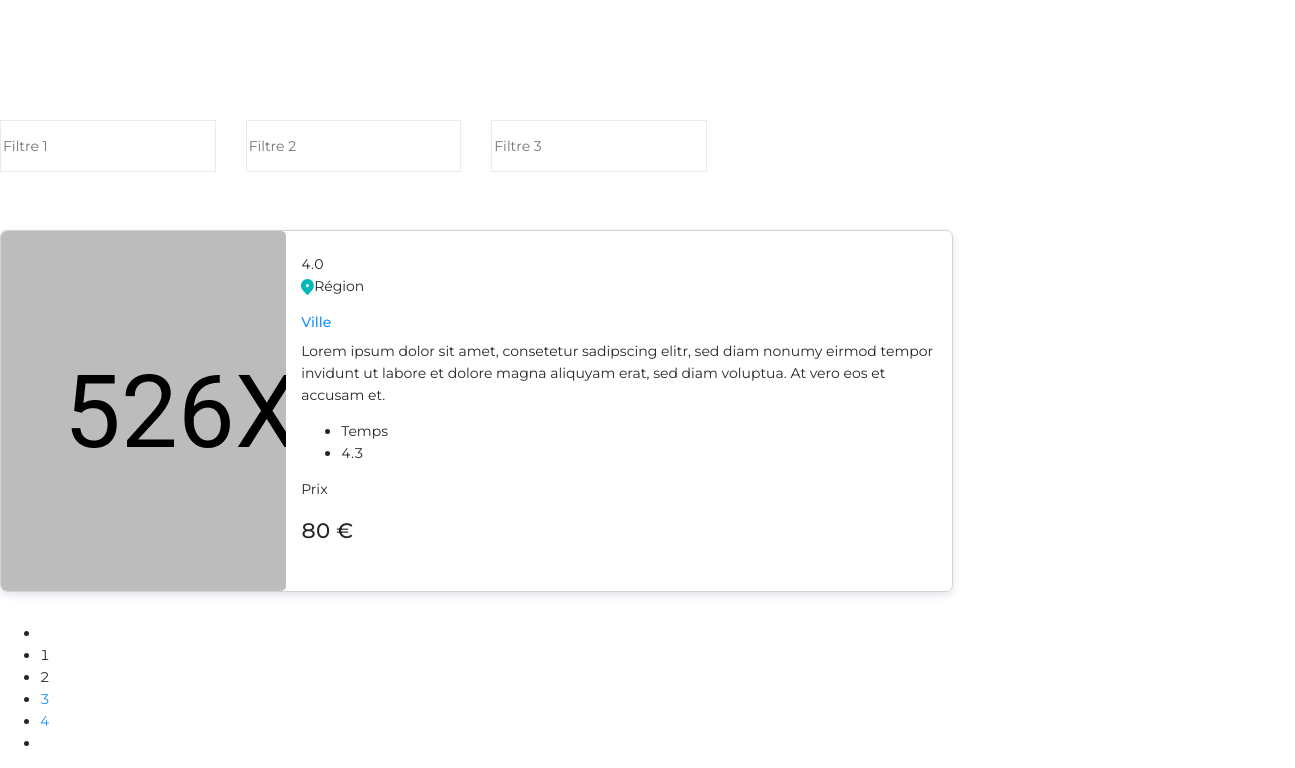
Repository: Emerson1220/projet-neofeel-lacapsule
Page: /roadPlanner (app in reactapp/)
These files come from the project's save history. The page is drawn as it stood at one moment and after the next save; the edit follows.
The browser window is 1280 px wide. The page is 1295 px wide, so the pictures cover 1295 px, including what lies to the right of the window. The pictures show the whole page.
The project was rebuilt for these pictures with package versions that can differ from the ones it lists, and the page was loaded fresh each time. Also part of the build but not shown: reactapp/src/Nav.js, reactapp/src/ScreenHome.js.

Above is the page before, as saved 2021-05-18 10:41:42.

After the next save:
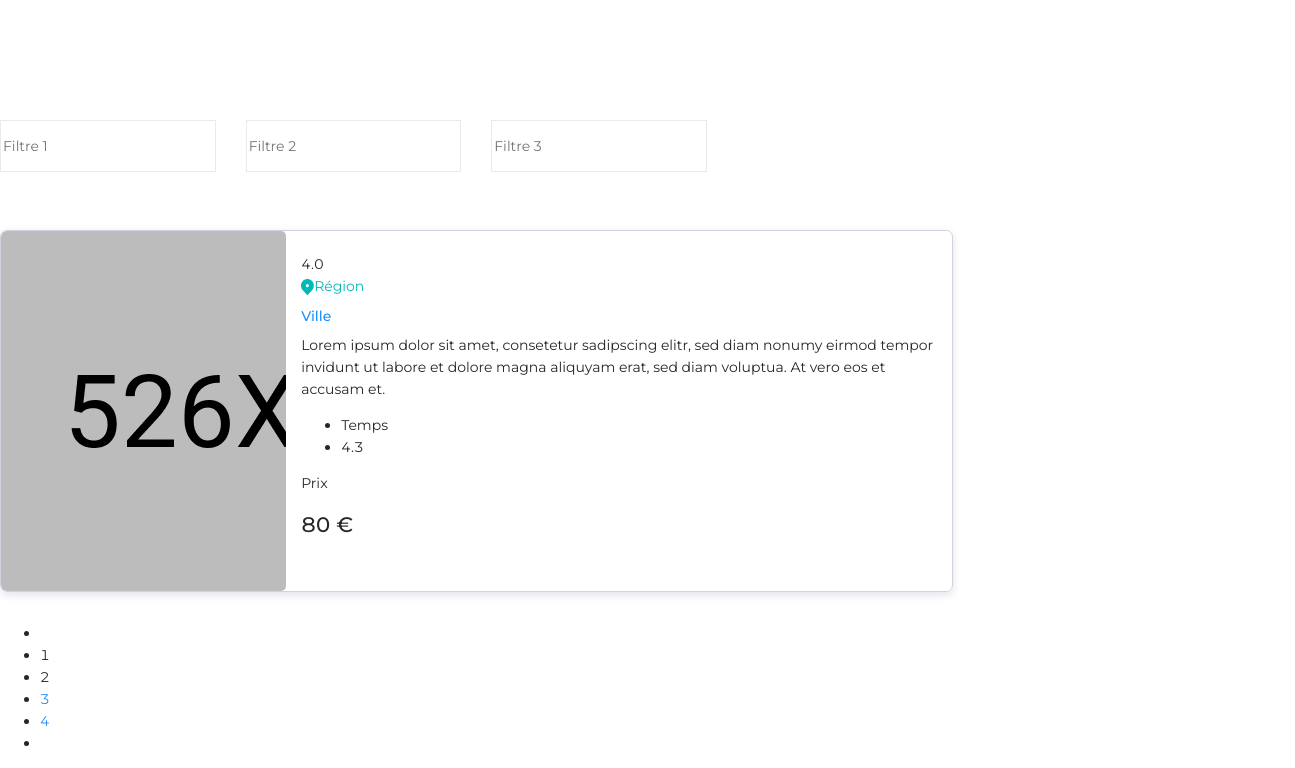
Saved 80 s later.
--- a/reactapp/src/screens/ScreenRoadPlanner.js
+++ b/reactapp/src/screens/ScreenRoadPlanner.js
@@ -54,7 +54,7 @@ function ScreenRoadPlanner() {
                                             <span>4.0</span>
                                         </div>
 
-                                        <p className="location"><img src="images/icone-geo.png" alt="map" />Région</p>
+                                        <p style={{ color: '#01B9B7', marginBottom: '8px '}}><img src="images/icone-geo.png" alt="map" />Région</p>
                                         <h4 className="title"><Link to="/tour-details">Ville</Link></h4>
                                         <p className="content">Lorem ipsum dolor sit amet, consetetur sadipscing elitr, sed diam nonumy eirmod tempor invidunt ut labore et dolore magna aliquyam erat, sed diam voluptua. At vero eos et accusam et.</p>
 
